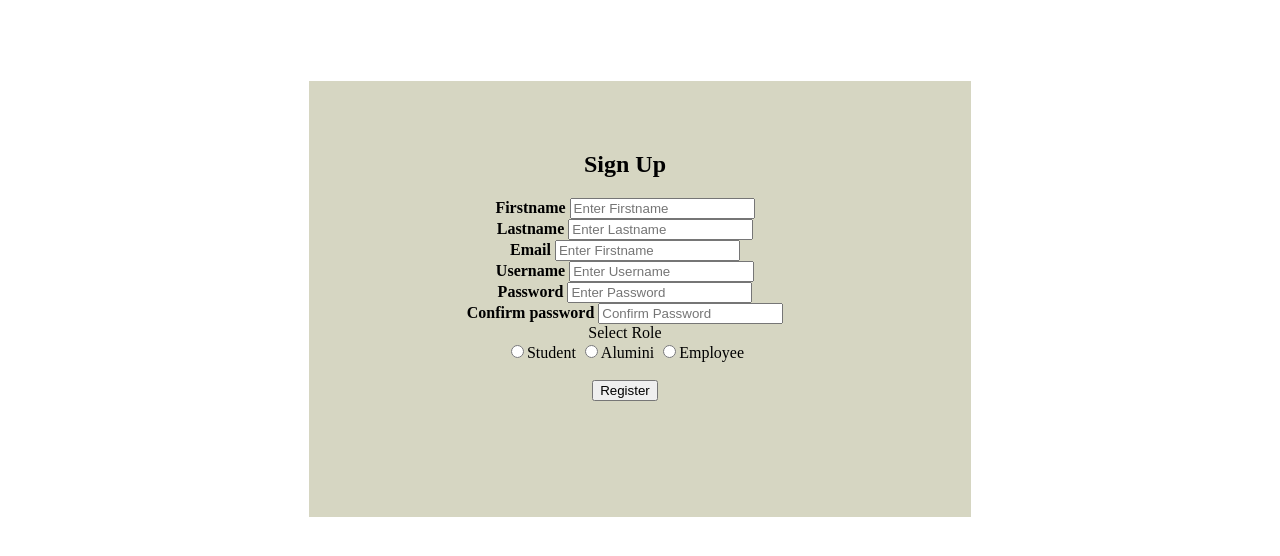
Repository: NeeleshPoojari/Project-2
Page: frontend_project2/WebContent/views/registrationform.html
The author's editor kept a copy of each file at every save. The page is drawn from the files as they stood at one save, then again after the next save.
The browser window is 1280 px wide. The pictures show the whole page.

Above is the page before, as saved 2017-07-17 09:41:08.

### frontend_project2/WebContent/views/registrationform.html
<style>
.middle {
    border: 1px solid white;
    background-color:#d6d6c2;
    padding-top: 50px;
    padding-right: 50px;
    padding-bottom: 100px;
    padding-left: 20px;
    margin-left:300px;
    margin-right:300px;

}
</style>
<div class="Container">
<div class="middle" style="margin-top: 80px;">

   <h2 align="center">Sign Up</h2>
	<form>
		<div align="center">
			<div class="row">
				<div class="form-group col-xs-6">
					<label><b>Firstname</b></label> <input type="text"
						ng-model="user.firstname" placeholder="Enter Firstname"
						class="form-control input-lg" required>
				</div>


				<div class="form-group col-xs-6">
					<label><b>Lastname</b></label> <input type="text"
						ng-model="user.lastname" placeholder="Enter Lastname"
						class="form-control input-lg" required>
				</div>

			</div>
		</div>

		<div align="center">
			<div class="row">
				<div class="form-group col-xs-6">
					<label><b>Email</b></label> <input type="text"
						ng-model="user.email" placeholder="Enter Firstname"
						class="form-control input-lg" required>
				</div>


				<div class="form-group col-xs-6">
					<label><b>Username</b></label> <input type="text"
						ng-model="user.username" placeholder="Enter Username"
						class="form-control input-lg" required>
				</div>

			</div>
		</div>


		<div align="center">
			<div class="row">
				<div class="form-group col-xs-6">
					<label><b>Password</b></label> <input type="password"
						ng-model="user.password" placeholder="Enter Password"
						class="form-control input-lg" required>
				</div>


				<div class="form-group col-xs-6">
					<label><b>Confirm password</b></label> <input type="password"
						 placeholder="Confirm Password"
						class="form-control input-lg" required>
				</div>

			</div>
		</div>

		<div align="center">
		<label >Select Role</label><br>
		<div class="row">
        <input type="radio" ng-model="user.role" value="Student">Student
		<input type="radio" ng-model="user.role" value="Alumini">Alumini
		<input type="radio" ng-model="user.role" value="Employee">Employee
		</div>
		<br>
		<button type="submit"  ng-click="register()"
				class="btn btn-success">Register</button>
        </div>

<!--

		Enter Firstname:<input type="text" ng-model="user.firstname"><br>
		Enter Lastname:<input type="text" ng-model="user.lastname"><br>
		Enter Email:<input type="text" ng-model="user.email"><br>
		Enter Username:<input type="text" ng-model="user.username"><br>
		Enter Password:<input type="password" ng-model="user.password"><br>

		Select Role<input type="radio" ng-model="user.role" value="Student">Student<br>
		<input type="radio" ng-model="user.role" value="Alumini">Alumini<br>
		<input type="radio" ng-model="user.role" value="Employee">Employee<br>

		<input type="submit" ng-click="register()"><br>
		 -->


	</form>
	</div>
</div>

After the next save:
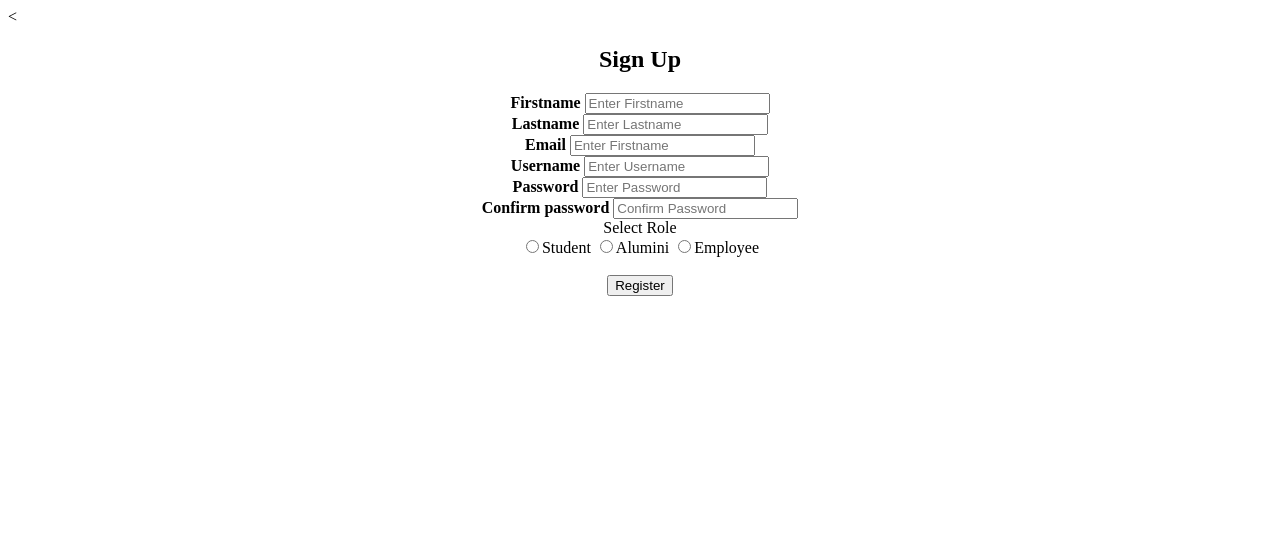
Saved 1 s later.
--- a/frontend_project2/WebContent/views/registrationform.html
+++ b/frontend_project2/WebContent/views/registrationform.html
@@ -1,4 +1,4 @@
-<style>
+<!-- <style>
 .middle {
     border: 1px solid white;
     background-color:#d6d6c2;
@@ -10,9 +10,9 @@
     margin-right:300px;
 
 }
-</style>
-<div class="Container">
-<div class="middle" style="margin-top: 80px;">
+</style> -->
+<<!-- div class="Container">
+<div class="middle" style="margin-top: 80px;"> -->
 
    <h2 align="center">Sign Up</h2>
 	<form>
@@ -100,5 +100,5 @@
 
 
 	</form>
-	</div>
-</div>
+	<!-- </div>
+</div> -->
